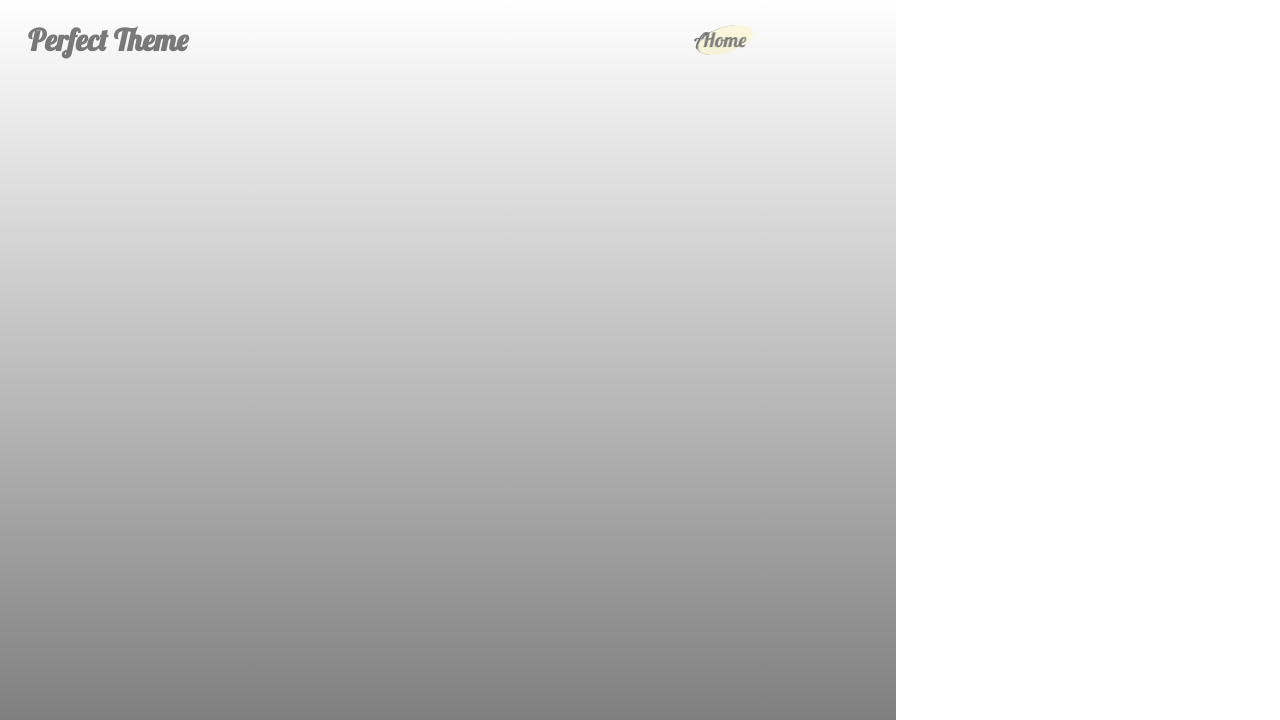
Repository: hsumyatm7308/laravel-blog
Page: blogweb/resources/views/blog/headerlayout.html
These files come from the project's save history. The page is drawn as it stood at one moment and after the next save; the edit follows.
The browser window is 1280 px wide. The pictures show the whole page.
Some web libraries are served in a nearby version.

Above is the page before, as saved 2023-09-04 17:06:03.

After the next save:
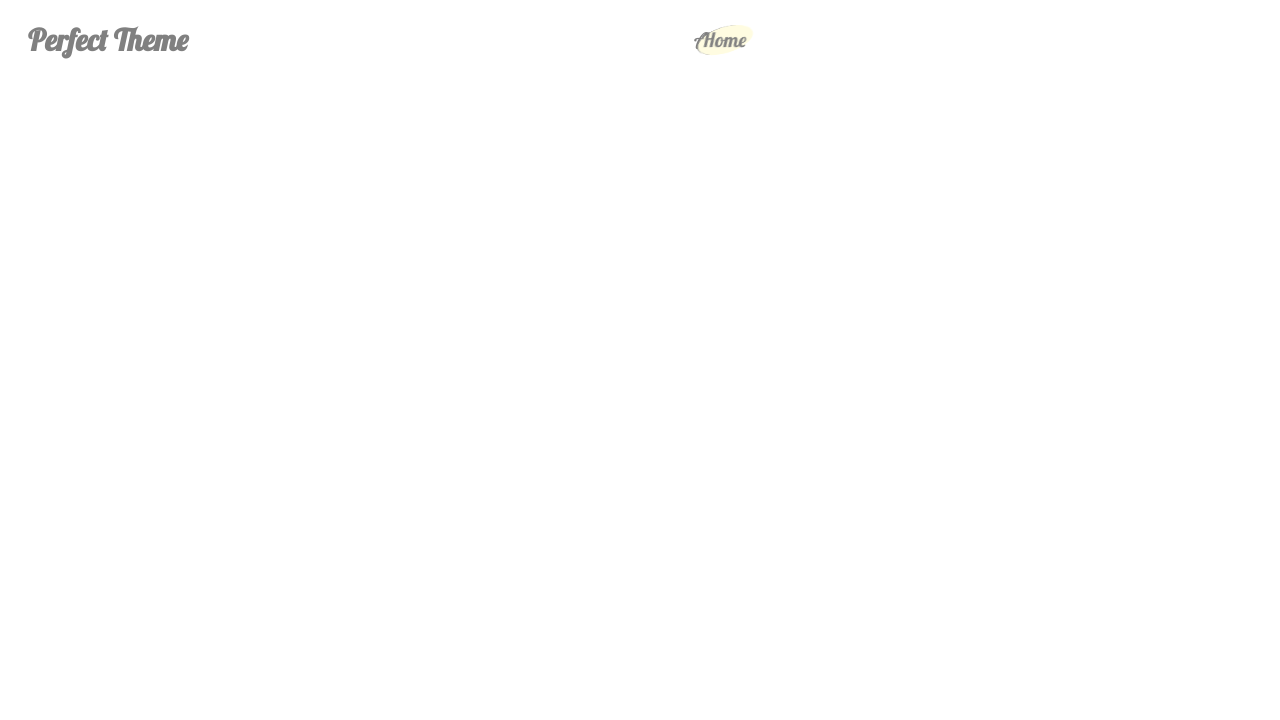
Saved 14 s later.
--- a/blogweb/resources/views/blog/headerlayout.html
+++ b/blogweb/resources/views/blog/headerlayout.html
@@ -117,7 +117,7 @@
 
 
 
-    <div class="menu-modal w-screen bg-[linear-gradient(rgba(255,255,255,.5),rgba(0,0,0,.5))] h-screen absolute left-0 top-0">
+    <div class="menu-modal w-screen bg-[linear-gradient(rgba(255,255,255,.5),rgba(255,255,255,.5))] h-screen absolute left-0 top-0">
         <div class="w-96 h-[100vh] bg-white absolute right-0 top-0">
 
         </div>
